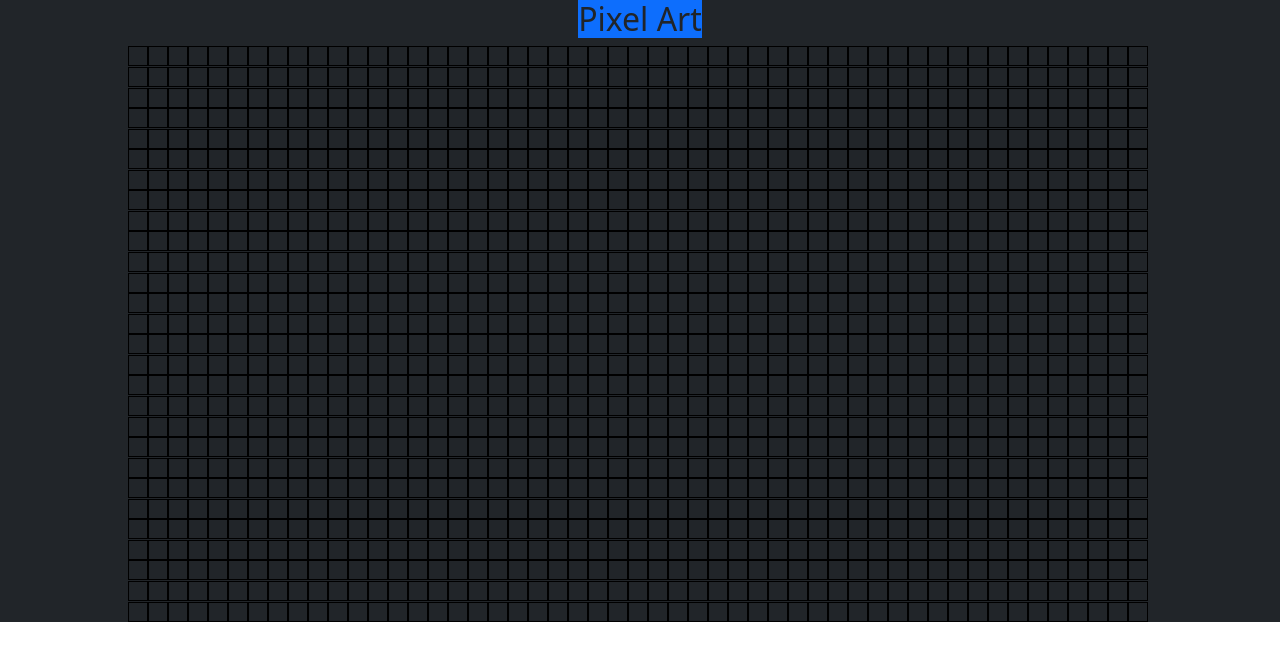
Repository: bechara611/pixelartdb
Page: /
The author's editor kept a copy of each file at every save. The page is drawn from the files as they stood at one save, then again after the next save.
The browser window is 1280 px wide. The pictures show the whole page.
The project was rebuilt for these pictures with package versions that can differ from the ones it lists, and the page was loaded fresh each time. Also part of the build but not shown: vite.config.js.

Above is the page before, as saved 2023-03-06 13:46:04.

After the next save:
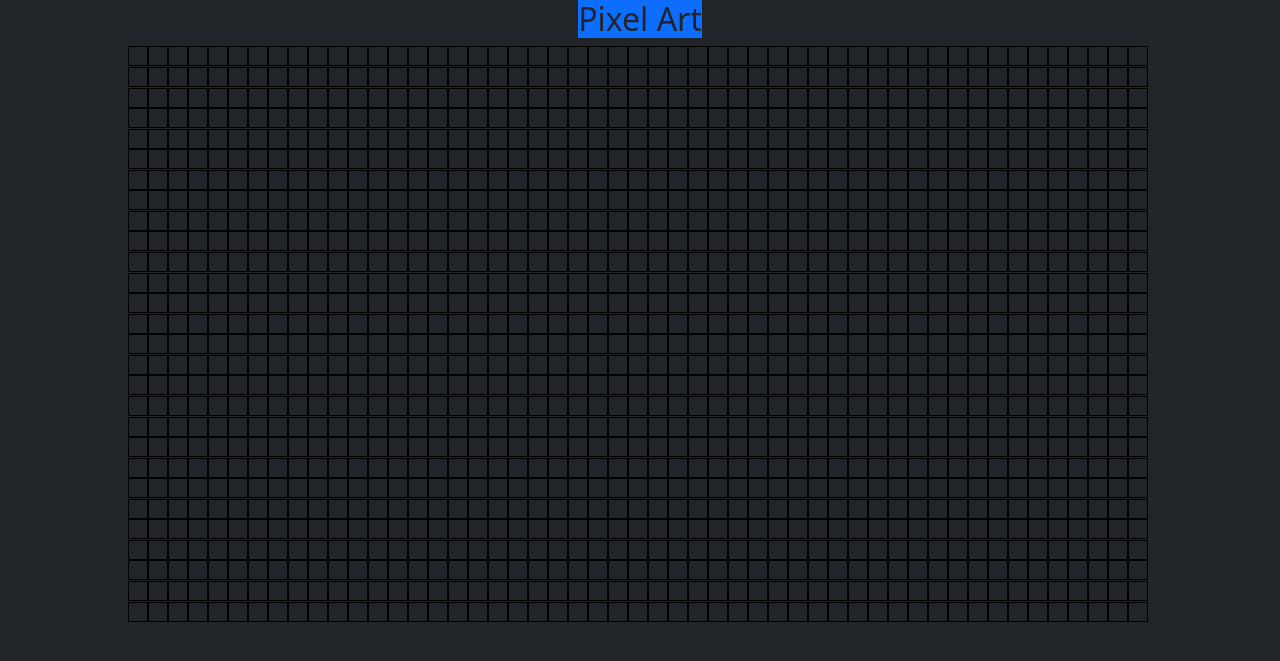
Saved 10 s later.
--- a/src/App.css
+++ b/src/App.css
@@ -1,3 +1,7 @@
+.fondo{
+  height: 100vh;
+}
+
 .contenedor-mayor{
   display: flex;
   flex-direction: row;
